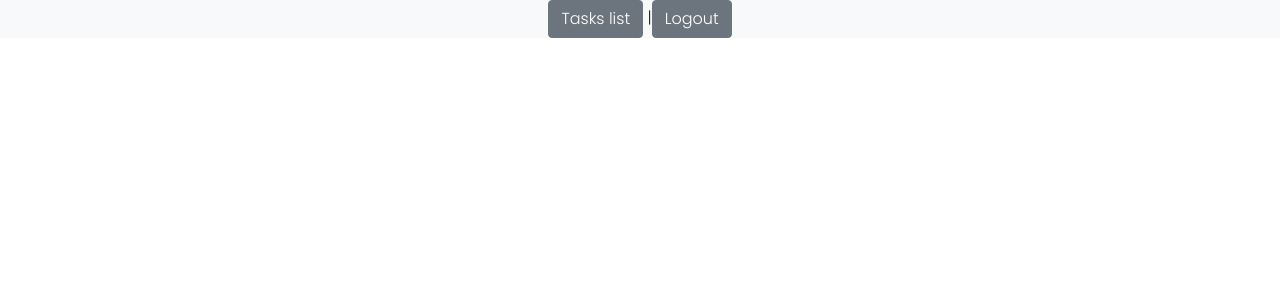
Repository: FS-23/react-task-manager
Page: /
The author's editor kept a copy of each file at every save. The page is drawn from the files as they stood at one save, then again after the next save.
The browser window is 1280 px wide. The pictures show the whole page.
The project was rebuilt for these pictures with package versions that can differ from the ones it lists, and the page was loaded fresh each time. Also part of the build but not shown: src/components/Login.js, src/firebase-config.js, src/components/TaskList.js, src/components/AddTask.js, src/components/TaskDetail.js.

Above is the page before, as saved 2022-05-13 14:59:35.

### public/index.html
<!DOCTYPE html>
<html lang="en">
  <head>
    <meta charset="utf-8" />
    <link rel="icon" href="%PUBLIC_URL%/favicon.ico" />
    <meta name="viewport" content="width=device-width, initial-scale=1" />
    <meta name="theme-color" content="#000000" />
    <meta  name="description" content="Web site created using create-react-app"/>
    <link rel="apple-touch-icon" href="%PUBLIC_URL%/logo192.png" />

    <link rel="manifest" href="%PUBLIC_URL%/manifest.json" />

    <title>React App</title>

    <!-- CSS only -->
   <link href="https://cdn.jsdelivr.net/npm/bootstrap@5.1.3/dist/css/bootstrap.min.css" rel="stylesheet" >
  </head>
  <body>
    <noscript>You need to enable JavaScript to run this app.</noscript>
    <div id="root"></div>


    <!-- JavaScript Bundle with Popper -->
    <script src="https://cdn.jsdelivr.net/npm/bootstrap@5.1.3/dist/js/bootstrap.bundle.min.js"></script>
  </body>
</html>

### src/index.js
import React from 'react';
import ReactDOM from 'react-dom/client';
import './index.css';
import App from './App';
//import 'https://cdn.jsdelivr.net/npm/bootstrap@5.1.3/dist/css/bootstrap.min.css'

const root = ReactDOM.createRoot(document.getElementById('root'));
root.render(
  <React.StrictMode>
    <App />
  </React.StrictMode>
);

// If you want to start measuring performance in your app, pass a function
// to log results (for example: reportWebVitals(console.log))
// or send to an analytics endpoint. Learn more: https://bit.ly/CRA-vitals

### src/index.css

.login-bg {
     background-image: linear-gradient(160deg , red , blue);
}

@font-face {
  font-family: "Poppins";
  src: url(./font/Poppins-Light.ttf);
}

*{
   font-family:  "Poppins" , sans-serif;
}

### src/App.js

import Login from "./components/Login";
import TaskList from "./components/TaskList";
import AddTask from './components/AddTask'
import TaskDetail from "./components/TaskDetail";
import Layout from "./components/Layout";
import TaskLayout from "./components/TaskLayout";

import { BrowserRouter , Routes , Route } from 'react-router-dom'


function App() {
  return (

    <BrowserRouter>
         <Routes>
              <Route path="/login" element={<Login />}></Route>
              <Route path="/" element={<Layout />}>
                  <Route  index element={<TaskLayout/>}></Route>
                   <Route  path="tasks" element={<TaskLayout/>}>
                      <Route index element = {<TaskList/>}></Route>
                      <Route path="list" element = {<TaskList/>}></Route>
                      <Route path=":id" element = {<TaskDetail/>}></Route>
                      <Route path="edit/:id" element = {<AddTask/>}></Route>
                   </Route>
              </Route>
         </Routes>

    </BrowserRouter>

  );
}




export default App;

### src/components/Layout.js
import { Link, Outlet } from "react-router-dom";

function Layout(){
    return (
        <div>
            <div className="text-center bg-light ">
                <Link className="btn btn-secondary" to="/tasks/list">Tasks list</Link> |
                <Link className="btn btn-secondary" to="/login">Logout</Link>
            </div>
            <Outlet />
        </div>

    )
}

export default Layout

### src/components/TaskLayout.js
import { Outlet } from "react-router-dom";

function TaskLayout(){
    return (
        <div>
            <Outlet />
        </div>
    )
}

export default TaskLayout

After the next save:
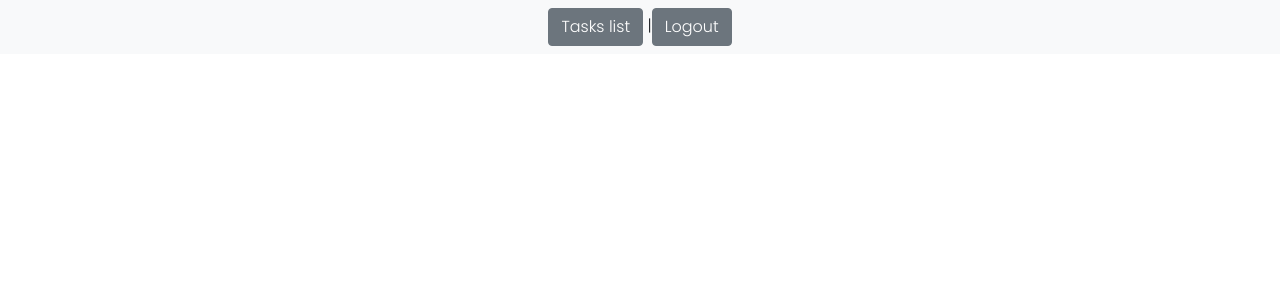
Saved 9 s later.
--- a/src/components/Layout.js
+++ b/src/components/Layout.js
@@ -3,7 +3,7 @@ import { Link, Outlet } from "react-router-dom";
 function Layout(){
     return (
         <div>
-            <div className="text-center bg-light ">
+            <div className="text-center bg-light p-2">
                 <Link className="btn btn-secondary" to="/tasks/list">Tasks list</Link> |
                 <Link className="btn btn-secondary" to="/login">Logout</Link>
             </div>
